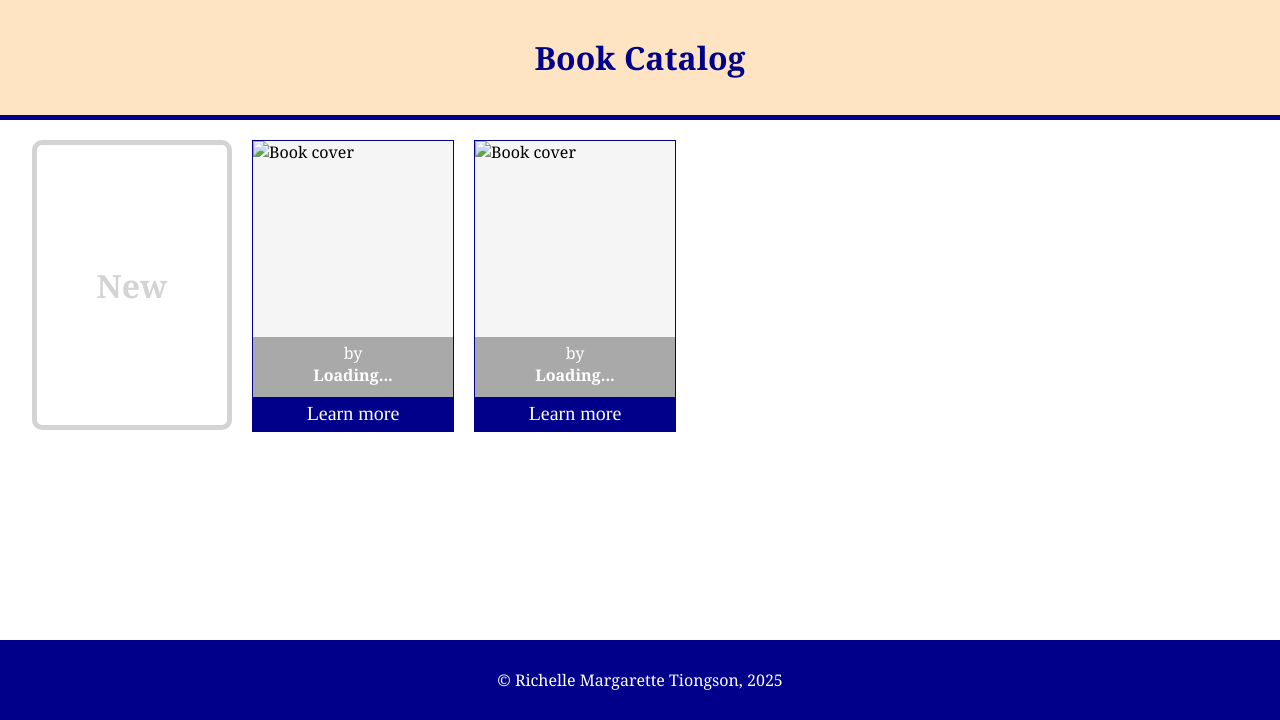
Repository: richelletiongson/comp3170_lab01
Page: /
These files come from the project's save history. The page is drawn as it stood at one moment and after the next save; the edit follows.
The browser window is 1280 px wide. The pictures show the whole page.
The page's requests for data from a server got no answer. The project was rebuilt for these pictures with package versions that can differ from the ones it lists, and the page was loaded fresh each time. No one was signed in, and anything a server would have sent is missing. Also part of the build but not shown: vite.config.js.

Above is the page before, as saved 2025-09-14 02:39:04.

### index.html
<!doctype html>
<html lang="en">
  <head>
    <meta charset="UTF-8" />
    <link rel="stylesheet" href="src/index.css"/>
    <meta name="viewport" content="width=device-width, initial-scale=1.0" />
    <title>Book Catalog</title>
  </head>
  <body>
    <div id="root"></div>
    <script type="module" src="/src/main.jsx"></script>
  </body>
</html>

### src/index.css
* {
  margin: 0;
  padding: 0;
}

body {
  font-family: 'Georgia', 'Times New Roman', serif;
  height: 100vh;
  display: flex;
  flex-direction: column;
}

.app {
  display: flex;
  flex-direction: column;
  min-height: 100vh;
  gap: 20px;
}

.header {
  background-color: bisque;
  height: 115px;
  display: flex;
  align-items: center;
  justify-content: center;
  border-bottom: 5px solid darkblue;
}

.header-title {
  color: darkblue;
  font-size: 32px;
  font-weight: bold;
  text-align: center;
  margin: 0;
}

.book {
  display: flex;
  flex-direction: column;
  justify-content: end;
  border: solid 1px darkblue;
  height:290px;
  width:200px;
}

.book-image-container {
  height: 200px;
  width: 100%;
  overflow: hidden;
  display: flex;
  align-items: center;
  justify-content: center;
  background-color: #f5f5f5;
}

.book-image {
  width: 100%;
  height: 100%;
  object-fit: cover;
  object-position: center;
}

.author {
  height: 50px;
  padding: 5px 7px;
  background-color: darkgrey;
  color: #FFFFFF;
  text-align: center;
}

.author-name {
  font-weight: bold;
}

.learn {
  font-family: 'Georgia, Times New Roman', Times, serif;
  font-size: 20px;
  border: none;
  height: 35px;
  background-color: darkblue;
  color: #FFFFFF;
}

.new {
  border: solid 5px lightgray;
  border-radius: 10px;
  height:290px;
  width:200px;
  font-family: 'Georgia', 'Times New Roman', serif;
  background-color: #FFFFFF;
  color: lightgray;
  font-size: 32px;
  font-weight: bold;
}

.main-content {
  flex: 1;
  background-color: #FFFFFF;
  padding: 0 2rem;
}

.content {
  display: flex;
  flex-direction: row;
  justify-content:flex-start;
  gap: 20px;
}

.footer {
  background-color: darkblue;
  height: 80px;
  display: flex;
  align-items: center;
  justify-content: center;
}

.footer-text {
  color: #FFFFFF;
  font-size: 1rem;
  margin: 0;
  text-align: center;
}

### src/App.jsx
import './index.css'
import Book from './Book'

function App() {
  return (
    <div className="app">
      <header className="header">
        <h1 className="header-title">Book Catalog</h1>
      </header>

      <main className="main-content">
        <div className="content">
          <button className="new">New</button>

          <Book
            image="https://api.itbook.store/1.0/books/9781642002270"
            title=""
            author=""
            url=""
          />

          <Book
            image="https://api.itbook.store/1.0/books/9781484241844"
            title=""
            author=""
            url=""
          />
        </div>
      </main>

      <footer className="footer">
        <p className="footer-text">© Richelle Margarette Tiongson, 2025</p>
      </footer>
    </div>
  );
}

export default App;

### src/Book.jsx
import './index.css'

function Book(props) {
    // Async function to fetch book data
    const getBook = async (url) => {
        try {
            // response is the promise object that get returned when we ask for the book data.
            // eventually, the object will update with either: the data we asked for, or an error.
            const response = await fetch(url);

            // bookData is the data is the data we are pulling off of the object, and then formatting with JSON
            const bookData = await response.json();
            console.log(JSON.stringify(bookData));

            // Open the book URL in a new tab
            if (bookData.url) {
                window.open(bookData.url, '_blank', 'noopener,noreferrer');
            }

        } catch (error) {
            console.log("the error is " + error);
        }
    };

    // Handle Learn more button click
    const handleLearnMoreClick = () => {
        getBook(props.image);
    };

    return (
        <div className="book">
            <div className="book-image-container">
                <img src="" alt="Book cover" className="book-image" />
            </div>
            <div className="author">
                <p>by</p>
                <p className="author-name">Loading...</p>
            </div>
            <button className="learn" onClick={handleLearnMoreClick}>
                Learn more
            </button>
        </div>
    );
}

export default Book;

Loaded but not shown: src/main.jsx (common file)

After the next save:
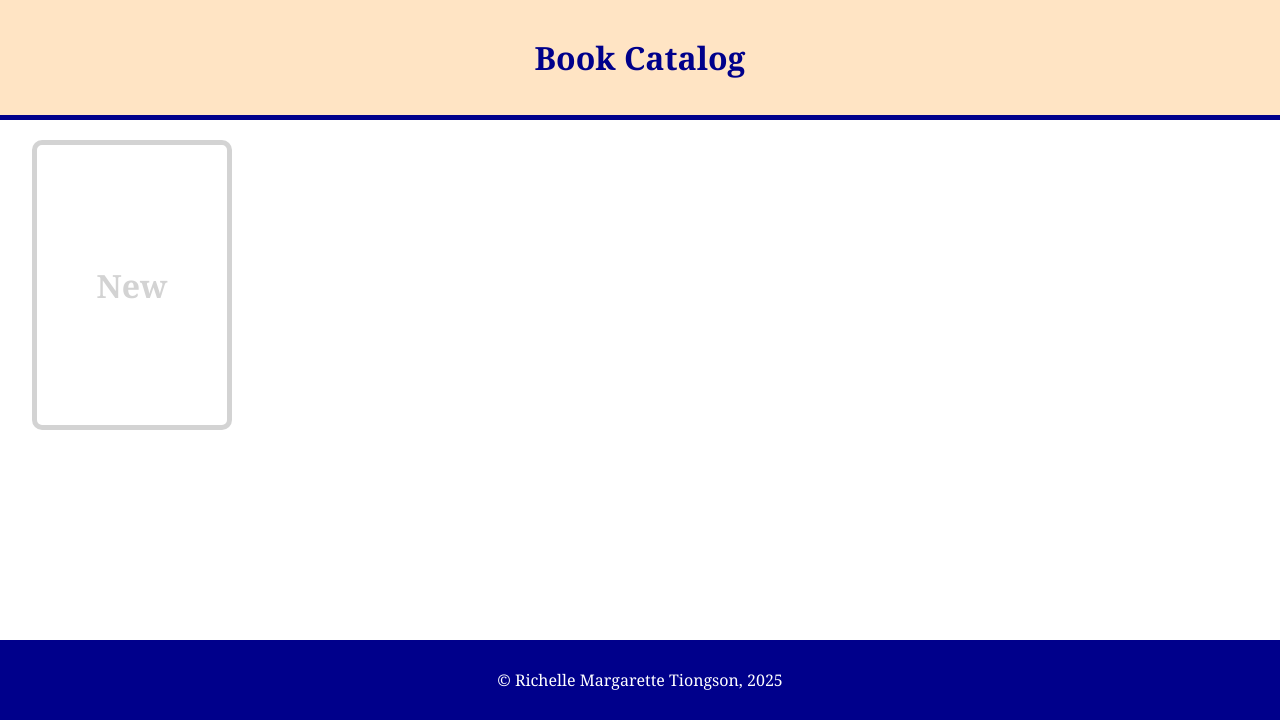
Saved 78 s later.
--- a/src/App.jsx
+++ b/src/App.jsx
@@ -1,7 +1,51 @@
 import './index.css'
 import Book from './Book'
+import { useState, useEffect } from 'react'
 
 function App() {
+  const [bookData, setBookData] = useState(null);
+  const [bookData2, setBookData2] = useState(null);
+
+  // Fetch book data when component mounts
+  useEffect(() => {
+    // Async function to fetch first book
+    const getFirstBook = async () => {
+      try {
+        // response is the promise object that get returned when we ask for the book data.
+        // eventually, the object will update with either: the data we asked for, or an error.
+        const response = await fetch('https://api.itbook.store/1.0/books/9781642002270');
+
+        // bookData is the data is the data we are pulling off of the object, and then formatting with JSON
+        const bookData = await response.json();
+        console.log(JSON.stringify(bookData));
+
+        setBookData(bookData);
+      } catch (error) {
+        console.log("the error is " + error);
+      }
+    };
+
+    // Async function to fetch second book
+    const getSecondBook = async () => {
+      try {
+        // response is the promise object that get returned when we ask for the book data.
+        // eventually, the object will update with either: the data we asked for, or an error.
+        const response = await fetch('https://api.itbook.store/1.0/books/9781484241844');
+
+        // bookData is the data is the data we are pulling off of the object, and then formatting with JSON
+        const bookData = await response.json();
+        console.log(JSON.stringify(bookData));
+
+        setBookData2(bookData);
+      } catch (error) {
+        console.log("the error is " + error);
+      }
+    };
+
+    getFirstBook();
+    getSecondBook();
+  }, []);
+
   return (
     <div className="app">
       <header className="header">
@@ -12,19 +56,23 @@ function App() {
         <div className="content">
           <button className="new">New</button>
 
-          <Book
-            image="https://api.itbook.store/1.0/books/9781642002270"
-            title=""
-            author=""
-            url=""
-          />
+          {bookData && (
+            <Book
+              image={bookData.image}
+              title={bookData.title}
+              author={bookData.authors}
+              url={bookData.url}
+            />
+          )}
 
-          <Book
-            image="https://api.itbook.store/1.0/books/9781484241844"
-            title=""
-            author=""
-            url=""
-          />
+          {bookData2 && (
+            <Book
+              image={bookData2.image}
+              title={bookData2.title}
+              author={bookData2.authors}
+              url={bookData2.url}
+            />
+          )}
         </div>
       </main>
 
